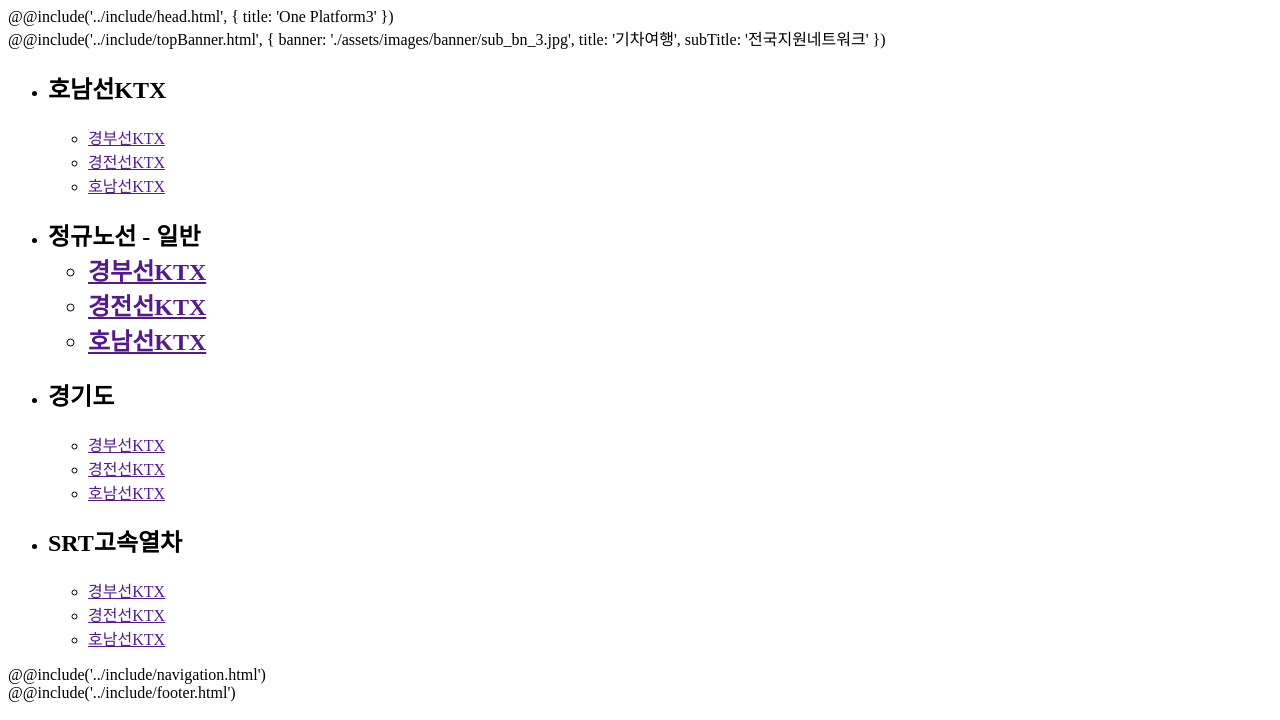
Repository: sunminigo/oneplatform
Page: workspace/html/train_travel.html
An editor plug-in stored every save of this project. The page is shown before and after a run of saves, followed by the edit.
The browser window is 1280 px wide. The pictures show the whole page.

Above is the page before, as saved 2021-10-09 19:36:35.

### workspace/html/train_travel.html
@@include('../include/head.html', { title: 'One Platform3' })
<div class="wrapper page_train">
	<div class="container_wrap">
		@@include('../include/topBanner.html', { banner:
		'./assets/images/banner/sub_bn_3.jpg', title: '기차여행', subTitle:
		'전국지원네트워크' })

		<div class="bottom_area dropdown">
			<ul class="depth1">
				<li>
					<h2>호남선KTX<i class="ph-caret-down-thin btn_dropdown"></i></h2>
					<ul class="depth2">
						<li class="active"><a href="">경부선KTX</a></li>
						<li><a href="">경전선KTX</a></li>
						<li><a href="">호남선KTX</a></li>
					</ul>
				</li>
				<li>
					<h2>
						정규노선 - 일반<i class="ph-caret-down-thin btn_dropdown"></i>
						<ul class="depth2">
							<li class="active"><a href="">경부선KTX</a></li>
							<li><a href="">경전선KTX</a></li>
							<li><a href="">호남선KTX</a></li>
						</ul>
					</h2>
				</li>
				<li>
					<h2>경기도<i class="ph-caret-down-thin btn_dropdown"></i></h2>
					<ul class="depth2">
						<li class="active"><a href="">경부선KTX</a></li>
						<li><a href="">경전선KTX</a></li>
						<li><a href="">호남선KTX</a></li>
					</ul>
				</li>
				<li>
					<h2>SRT고속열차<i class="ph-caret-down-thin btn_dropdown"></i></h2>
					<ul class="depth2">
						<li class="active"><a href="">경부선KTX</a></li>
						<li><a href="">경전선KTX</a></li>
						<li><a href="">호남선KTX</a></li>
					</ul>
				</li>
			</ul>
		</div>
	</div>
	@@include('../include/navigation.html')
</div>
@@include('../include/footer.html')

After the next 2 saves:
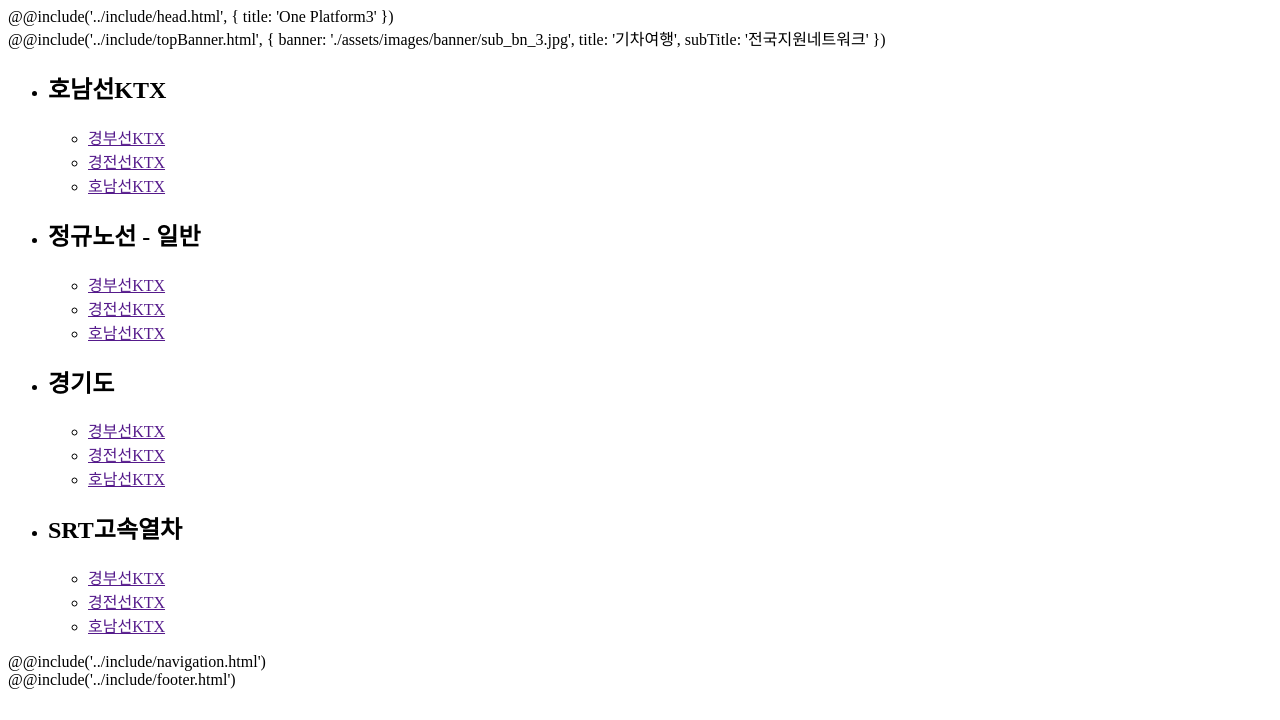
The 2 saves are shown as one change because they came seconds apart.
The last was saved 2 min 33 s later.
--- a/workspace/html/train_travel.html
+++ b/workspace/html/train_travel.html
@@ -18,12 +18,12 @@
 				<li>
 					<h2>
 						정규노선 - 일반<i class="ph-caret-down-thin btn_dropdown"></i>
-						<ul class="depth2">
-							<li class="active"><a href="">경부선KTX</a></li>
-							<li><a href="">경전선KTX</a></li>
-							<li><a href="">호남선KTX</a></li>
-						</ul>
 					</h2>
+					<ul class="depth2">
+						<li class="active"><a href="">경부선KTX</a></li>
+						<li><a href="">경전선KTX</a></li>
+						<li><a href="">호남선KTX</a></li>
+					</ul>
 				</li>
 				<li>
 					<h2>경기도<i class="ph-caret-down-thin btn_dropdown"></i></h2>
